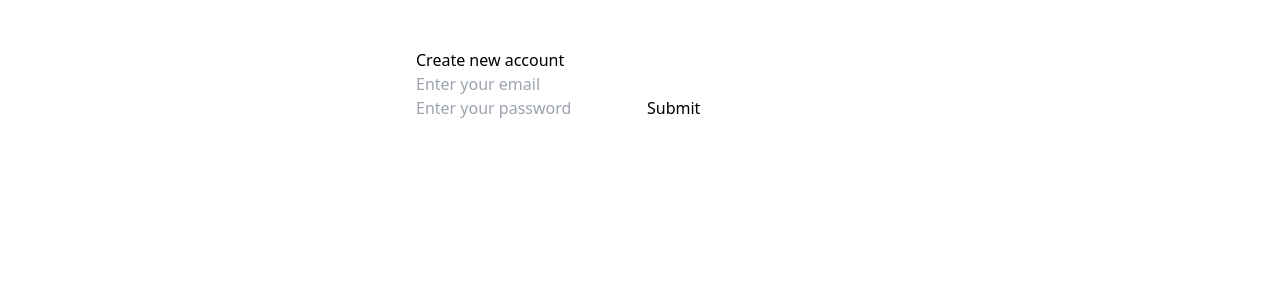
Repository: sevilgenysf/firebase
Page: /sign-up
An editor plug-in stored every save of this project. The page is shown before and after the next save, followed by the edit.
The browser window is 1280 px wide. The pictures show the whole page.
The project was rebuilt for these pictures with package versions that can differ from the ones it lists, and the page was loaded fresh each time. Also part of the build but not shown: src/pages/Home.js, src/pages/SignIn.js.

Above is the page before, as saved 2023-01-02 15:52:11.

### src/App.js
import { BrowserRouter as Router, Routes, Route } from 'react-router-dom';
import Home from './pages/Home';
import SignIn from './pages/SignIn';
import SignUp from './pages/SignUp';

const App = () => {
	return (
		<Router>
			<Routes>
				<Route path="/" element={<Home />} />
				<Route path="/sign-in" element={<SignIn />} />
				<Route path="/sign-up" element={<SignUp />} />
			</Routes>
		</Router>
	);
};

export default App;

### src/pages/SignUp.js
const SignUp = () => {
	return (
		<div className="max-w-md mx-auto py-12">
			<h1>Create new account</h1>
			<form>
				<input type="email" placeholder="Enter your email" />
				<input type="password" placeholder="Enter your password" />
				<input type="submit" />
			</form>
		</div>
	);
};

export default SignUp;

### tailwind.config.js
/** @type {import('tailwindcss').Config} */
module.exports = {
	content: ['./src/**/*.{js,jsx,ts,tsx}'],
	theme: {
		extend: {}
	},
	plugins: []
};

Loaded but not shown: public/index.html (common file); src/index.js (common file); src/index.css (common file); src/reportWebVitals.js (common file)

After the next save:
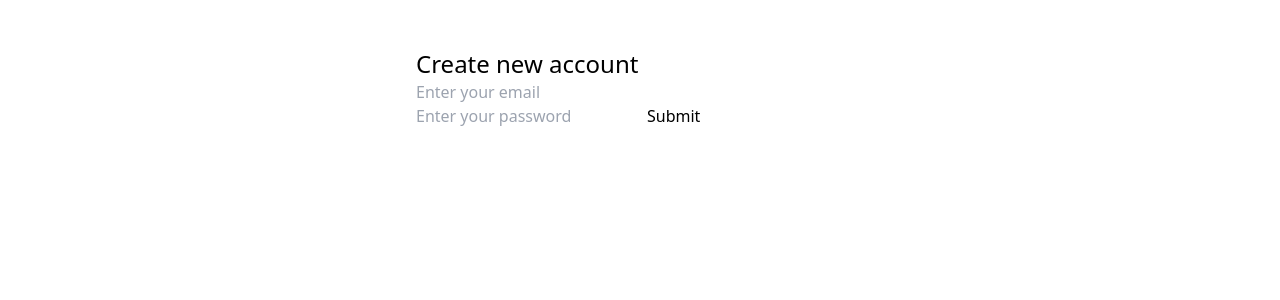
Saved 46 s later.
--- a/src/pages/SignUp.js
+++ b/src/pages/SignUp.js
@@ -1,7 +1,7 @@
 const SignUp = () => {
 	return (
 		<div className="max-w-md mx-auto py-12">
-			<h1>Create new account</h1>
+			<h1 className="text-2xl">Create new account</h1>
 			<form>
 				<input type="email" placeholder="Enter your email" />
 				<input type="password" placeholder="Enter your password" />
